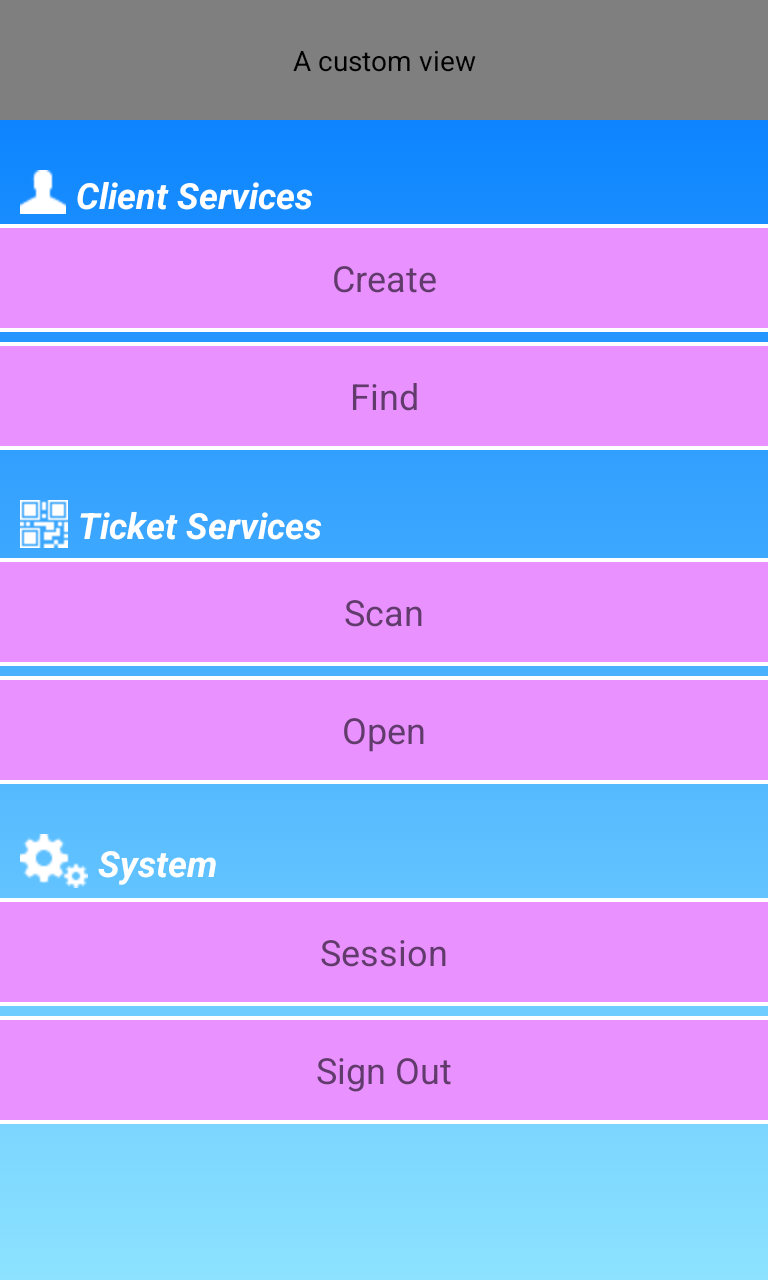
Repository: jballands/ClarityAndroid
Layout: ClarityForAndroid/res/layout/activity_main.xml
These files come from the project's save history. The layout is drawn as it stood at one moment and after the next save; the edit follows.
Pictures or frames that could not be fetched are drawn as grey boxes. It is drawn on a 768 x 1280 px phone screen (xhdpi) without system bars, with theme AppTheme; the app's code is not run.

Above is the layout before, as saved 2014-01-30 02:51:27.

### ClarityForAndroid/res/layout/activity_main.xml
<?xml version="1.0" encoding="utf-8"?>
<RelativeLayout xmlns:android="http://schemas.android.com/apk/res/android"
    android:layout_width="fill_parent"
    android:layout_height="fill_parent"
    android:background="@color/welcome_gradient"
    android:orientation="vertical" >

    <com.clarityforandroid.views.CurrentUserView
        android:id="@+id/currentUserView"
        android:layout_width="match_parent"
        android:layout_height="60dp"
        android:layout_alignParentTop="true"
        android:contentDescription="@string/custom_descript" />

    <ScrollView
        android:layout_width="fill_parent"
        android:layout_height="fill_parent"
        android:layout_below="@id/currentUserView" >

        <RelativeLayout
            android:layout_width="fill_parent"
            android:layout_height="wrap_content"
            android:paddingTop="25sp"
            android:paddingBottom="15sp" >

            <ImageView
                android:id="@+id/activity_main_userImage"
                android:layout_width="wrap_content"
                android:layout_height="wrap_content"
                android:layout_marginLeft="10sp"
                android:contentDescription="@string/image_descript"
                android:src="@drawable/user" />

            <TextView
                android:layout_width="wrap_content"
                android:layout_height="wrap_content"
                android:layout_marginLeft="5sp"
                android:layout_toRightOf="@id/activity_main_userImage"
                android:text="@string/activity_main_clientmsg"
                android:textColor="#FFFFFF"
                android:textSize="18sp"
                android:textStyle="italic|bold" />

            <Button
                android:id="@+id/activity_main_createButton"
                android:layout_width="fill_parent"
                android:layout_height="wrap_content"
                android:layout_below="@id/activity_main_userImage"
                android:layout_marginTop="5sp"
                android:background="@drawable/option_button"
                android:contentDescription="@string/custom_descript"
                android:text="@string/activity_main_create"
                android:textColor="#613B6B"
                android:textSize="18sp" />

            <Button
                android:id="@+id/activity_main_findButton"
                android:layout_width="fill_parent"
                android:layout_height="wrap_content"
                android:layout_below="@id/activity_main_createButton"
                android:layout_marginTop="5sp"
                android:background="@drawable/option_button"
                android:contentDescription="@string/custom_descript"
                android:text="@string/activity_main_find"
                android:textColor="#613B6B"
                android:textSize="18sp" />

            <ImageView
                android:id="@+id/activity_main_qrCodeImage"
                android:layout_width="wrap_content"
                android:layout_height="wrap_content"
                android:layout_below="@id/activity_main_findButton"
                android:layout_marginLeft="10sp"
                android:layout_marginTop="25sp"
                android:contentDescription="@string/image_descript"
                android:src="@drawable/qr_code" />

            <TextView
                android:layout_width="wrap_content"
                android:layout_height="wrap_content"
                android:layout_below="@id/activity_main_findButton"
                android:layout_marginLeft="5sp"
                android:layout_marginTop="25sp"
                android:layout_toRightOf="@id/activity_main_qrCodeImage"
                android:text="@string/activity_main_ticketmsg"
                android:textColor="#FFFFFF"
                android:textSize="18sp"
                android:textStyle="italic|bold" />

            <Button
                android:id="@+id/activity_main_scanButton"
                android:layout_width="fill_parent"
                android:layout_height="wrap_content"
                android:layout_below="@id/activity_main_qrCodeImage"
                android:layout_marginTop="5sp"
                android:background="@drawable/option_button"
                android:contentDescription="@string/custom_descript"
                android:text="@string/activity_main_scan"
                android:textColor="#613B6B"
                android:textSize="18sp" />

            <Button
                android:id="@+id/activity_main_openButton"
                android:layout_width="fill_parent"
                android:layout_height="wrap_content"
                android:layout_below="@id/activity_main_scanButton"
                android:layout_marginTop="5sp"
                android:background="@drawable/option_button"
                android:contentDescription="@string/custom_descript"
                android:text="@string/activity_main_open"
                android:textColor="#613B6B"
                android:textSize="18sp" />

            <ImageView
                android:id="@+id/activity_main_systemImage"
                android:layout_width="wrap_content"
                android:layout_height="wrap_content"
                android:layout_below="@id/activity_main_openButton"
                android:layout_marginLeft="10sp"
                android:layout_marginTop="25sp"
                android:contentDescription="@string/image_descript"
                android:src="@drawable/gears" />

            <TextView
                android:layout_width="wrap_content"
                android:layout_height="wrap_content"
                android:layout_below="@id/activity_main_openButton"
                android:layout_marginLeft="5sp"
                android:layout_marginTop="27sp"
                android:layout_toRightOf="@id/activity_main_systemImage"
                android:text="@string/activity_main_systemmsg"
                android:textColor="#FFFFFF"
                android:textSize="18sp"
                android:textStyle="italic|bold" />

            <Button
                android:id="@+id/activity_main_sessionButton"
                android:layout_width="fill_parent"
                android:layout_height="wrap_content"
                android:layout_below="@id/activity_main_systemImage"
                android:layout_marginTop="5sp"
                android:background="@drawable/option_button"
                android:contentDescription="@string/custom_descript"
                android:text="@string/activity_main_session"
                android:textColor="#613B6B"
                android:textSize="18sp" />

            <Button
                android:id="@+id/activity_main_signoutButton"
                android:layout_width="fill_parent"
                android:layout_height="wrap_content"
                android:layout_below="@id/activity_main_sessionButton"
                android:layout_marginTop="5sp"
                android:background="@drawable/option_button"
                android:contentDescription="@string/custom_descript"
                android:text="@string/activity_main_signout"
                android:textColor="#613B6B"
                android:textSize="18sp" />

            <ImageView
            	android:id="@+id/acitivty_main_clarityLogo"
                android:layout_width="100dip"
                android:layout_height="42dip"
                android:layout_below="@id/activity_main_signoutButton"
                android:layout_marginTop="15sp"
                android:layout_centerHorizontal="true"
                android:contentDescription="@string/image_descript" />

        </RelativeLayout>
    </ScrollView>

</RelativeLayout>

### ClarityForAndroid/res/color/welcome_gradient.xml
<?xml version="1.0" encoding="utf-8"?>
<selector xmlns:android="http://schemas.android.com/apk/res/android">
<item>
    <shape>
        <gradient
            android:angle="90"
            android:startColor="#8CE2FF"
            android:endColor="#007BFF"
            android:type="linear" />
    </shape>
</item>
</selector>

### ClarityForAndroid/res/values/strings.xml
<?xml version="1.0" encoding="utf-8"?>
<resources>

    <string name="app_name">Clarity</string>
    <string name="version_number">v0.0.1, Use only for test and demo</string>
    <string name="copyrightInfo">©2014 Akshay Sharma, Aditya Johri, Jonathan Ballands, Samuel Gillispie</string>
    <string name="menu_settings">Settings</string>

    <string name="image_descript">An image</string>
    <string name="custom_descript">A custom view</string>
    <string name="textview_descript">A text view</string>
    <string name="logout_message">Sign Out</string>
    <string name="search_patient_message">Query</string>
    <string name="welcome_message">You must sign in to use Clarity.</string>
    <string name="username_hint">Username</string>
    <string name="password_hint">Password</string>
    <string name="firstname_hint">First name</string>
    <string name="middlename_hint">Middle name</string>
    <string name="lastname_hint">Last name</string>
    <string name="login_message">Sign in</string>
    <string name="dismiss_message">OK</string>
    <string name="trace_message">Trace</string>
    <string name="pref_message">System</string>
    <string name="error_title">Unexpected Error</string>
    <string name="your_token">Your session token:</string>
    <string name="male">Male</string>
    <string name="female">Female</string>
    <string name="dobMsg">Patient Date of Birth:</string>
    <string name="next_message">Next</string>
    <string name="location_hint">Location</string>
    <string name="genderMsg">Patient Sex:</string>
    <string name="bad_fields_title">Invalid Fields</string>
    <string name="camera_start_message">Take a Picture</string>
    <string name="skip_camera_message">Skip This Step</string>
    <string name="qr_start_message">Scan QR Code</string>
    <string name="bad_qr_title">Invalid QR Code</string>
    <string name="create_client">Create Client</string>
    <string name="no_location">No location specified.</string>

    <string name="generic_error">Unfortunately, an error has occurred. Please try again later.</string>
    <string name="no_internet">Your Android device must be connected to the Internet in order to use Clarity. Please
        check that you are connected to a cellular network or Wifi before continuing. Go to your system settings to
        enable Internet access.</string>
    <string name="sign_in_error">The username/password combination you entered was not recognized.
        Review your credentials and try again.</string>
    <string name="sign_out_reassurance">Are you sure you would like to sign out?</string>
    <string name="leave_CAP_reassurance">Are you sure you would like to quit the creation process?</string>
    <string name="skip_step_reassurance">Are you sure you want to skip taking a picture of the client? Taking a picture
        is highly recommended.</string>
    <string name="sign_out_wait">Signing out</string>
    <string name="sign_in_wait">Signing in</string>
    <string name="create_patient_wait">Communicating with server</string>
    <string name="invalid_session">The session token is no longer valid.</string>
    <string name="cap_demo_message">Enter information about the patient.</string>
    <string name="bad_fields">Please enter information into all fields that appear in red.</string>
    <string name="cameraInstructions">Take a picture of the client.</string>
    <string name="systemInstructions">Current session info is displayed. To go back, press the back button on your device.</string>
    <string name="qrInstructions">Scan a Clarity QR Code for the client\'s ticket.</string>
    <string name="bad_qr_message">The QR code you scanned was invalid. Ensure you are only using QR codes
        generated by the Clarity Console and try again.</string>
    <string name="overview_confirmation">Are these settings okay? To go back, press the back button on your device.</string>
    <string name="invalid_token">The session token is no longer valid.</string>
    <string name="malformed_data">The session token is no longer valid.</string>
    <string name="server_error">The server is experiencing technical difficulties. Please try again later.</string>

    <!-- activity_main -->
    <string name="activity_main_clientmsg">Client Services</string>
    <string name="activity_main_create">Create</string>
    <string name="activity_main_find">Find</string>
    <string name="activity_main_ticketmsg">Ticket Services</string>
    <string name="activity_main_scan">Scan</string>
    <string name="activity_main_open">Open</string>
    <string name="activity_main_systemmsg">System</string>
    <string name="activity_main_session">Session</string>
    <string name="activity_main_signout">Sign Out</string>
    <string name="activity_main_scan_wait">Communicating with server</string>
    <string name="activity_main_scan_noticket">The ticket cannot be found. Ensure you are using a valid ticket and try again.</string>
    <string name="activity_main_scan_malformed">Unfortunately, an error has occurred. Please try again later.</string>

</resources>

### ClarityForAndroid/res/drawable/option_button.xml
<?xml version="1.0" encoding="utf-8"?>

<selector xmlns:android="http://schemas.android.com/apk/res/android">
    <item android:state_pressed="true"
          android:drawable="@drawable/buttonoption_pressedstyling" /> <!-- pressed -->
    <item android:drawable="@drawable/buttonoption_styling" /> <!-- default -->
</selector>

### ClarityForAndroid/res/drawable/buttonoption_pressedstyling.xml
<?xml version="1.0" encoding="utf-8"?>

<layer-list xmlns:android="http://schemas.android.com/apk/res/android">

    <item >
        <shape android:shape="rectangle">
            <solid android:color="#FFFFFF"/>
        </shape>
    </item>

    <item android:bottom="2dp" android:top="2dp" android:left="0dp" android:right="0dp">
        <shape android:shape="rectangle">
            <solid android:color="#B958D1"/>
            <size android:height="50dp" />
        </shape>
    </item>

</layer-list>

### ClarityForAndroid/res/drawable/buttonoption_styling.xml
<?xml version="1.0" encoding="utf-8"?>

<layer-list xmlns:android="http://schemas.android.com/apk/res/android">

    <item >
        <shape android:shape="rectangle">
            <solid android:color="#FFFFFF"/>
        </shape>
    </item>

    <item android:bottom="2dp" android:top="2dp" android:left="0dp" android:right="0dp">
        <shape android:shape="rectangle">
            <solid android:color="#E991FF"/>
            <size android:height="50dp" />
        </shape>
    </item>

</layer-list>

Loaded but not shown: ClarityForAndroid/res/values/styles.xml (common file)

After the next save:
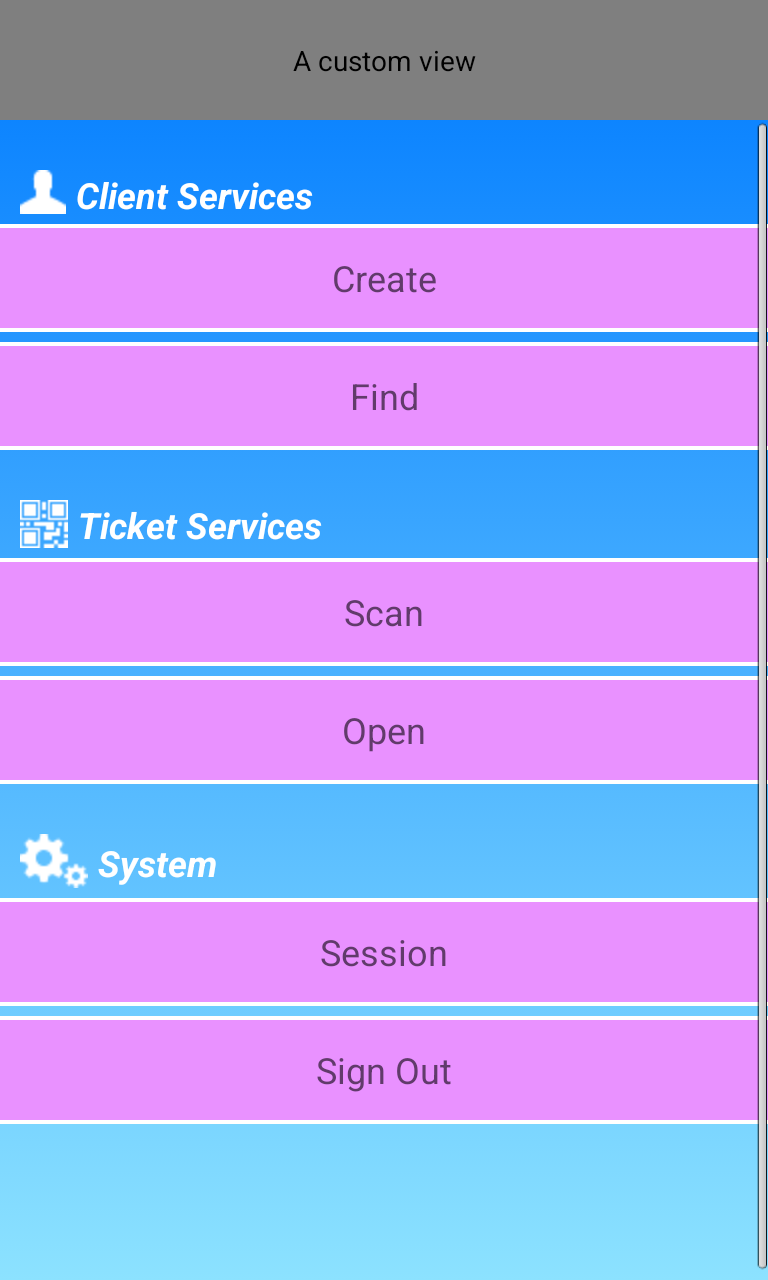
Saved 2 min 5 s later.
--- a/ClarityForAndroid/res/layout/activity_main.xml
+++ b/ClarityForAndroid/res/layout/activity_main.xml
@@ -162,7 +162,7 @@
                 android:layout_width="100dip"
                 android:layout_height="42dip"
                 android:layout_below="@id/activity_main_signoutButton"
-                android:layout_marginTop="15sp"
+                android:layout_marginTop="25sp"
                 android:layout_centerHorizontal="true"
                 android:contentDescription="@string/image_descript" />
 
